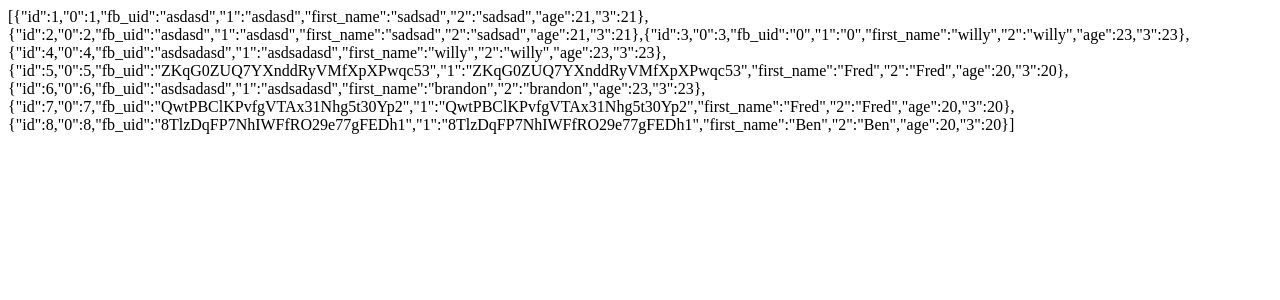
Repository: wilyyy/CompassPlus-Serverside
Page: http://localhost/api/users.php
The author's editor kept a copy of each file at every save. The page is drawn from the files as they stood at one save, then again after the next save.
The browser window is 1280 px wide. The pictures show the whole page.
The page is run by PHP 8.4 with error messages shown; the project is at /var/www/html/. The database holds what the project's SQL file puts in it.

Above is the page before, as saved 2021-11-28 18:39:01.

After the next save:
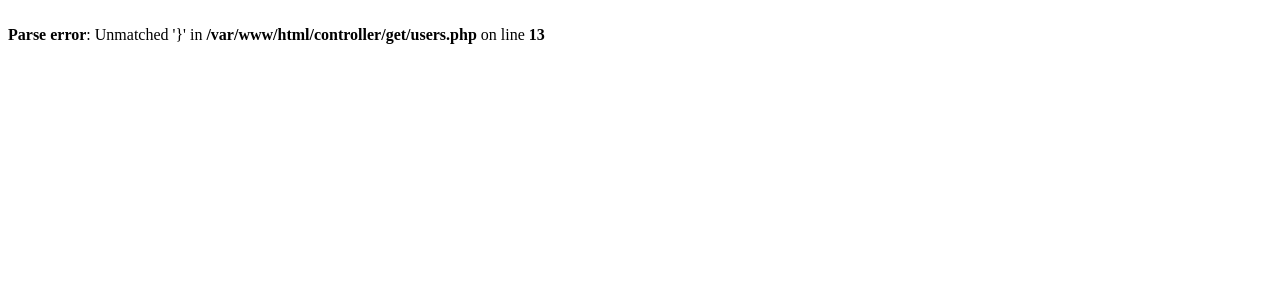
Saved 17 s later.
--- a/controller/get/users.php
+++ b/controller/get/users.php
@@ -4,10 +4,10 @@ if(count($_GET) == 0){
   echo json_encode(GetUsers());
 } else if(isset($_GET['fb_uid'])){
   echo json_encode(GetUserByFb_uid($_GET['fb_uid']));
-  if(is_numeric($_GET['id'])){
-    //get individual movies
-    // echo json_encode(GetUserById($_GET['id']));
-  } else {
+  // if(is_numeric($_GET['id'])){
+  //   //get individual movies
+  //   // echo json_encode(GetUserById($_GET['id']));
+  // } else {
     echo "invalid request";
   }
 }
